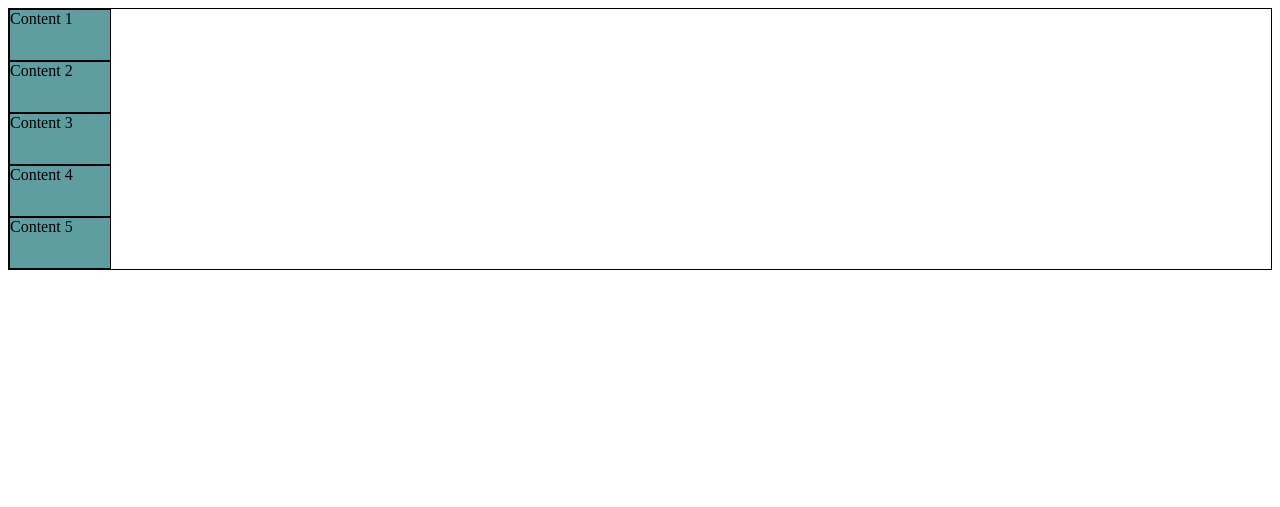
Repository: sammkrt/saltPrecourse
Page: css-trainingGround/cssMarginAndPadding.html
The author's editor kept a copy of each file at every save. The page is drawn from the files as they stood at one save, then again after the next save.
The browser window is 1280 px wide. The pictures show the whole page.

Above is the page before, as saved 2022-12-22 10:34:22.

### css-trainingGround/cssMarginAndPadding.html
<!DOCTYPE html>
<html lang="en">
<head>
    <title>Positioning plaground</title>
    <style>
        main {
            border: 1px solid black;
        }

        div {
            background-color: cadetblue;
            width: 100px;
            height: 50px;
            border: 1px solid black;
        }

    </style>
</head>
<body>
<main>
    <div>Content 1</div>
    <div>Content 2</div>
    <div>Content 3</div>
    <div>Content 4</div>
    <div>Content 5</div>
</main>
</body>
</html>

After the next save:
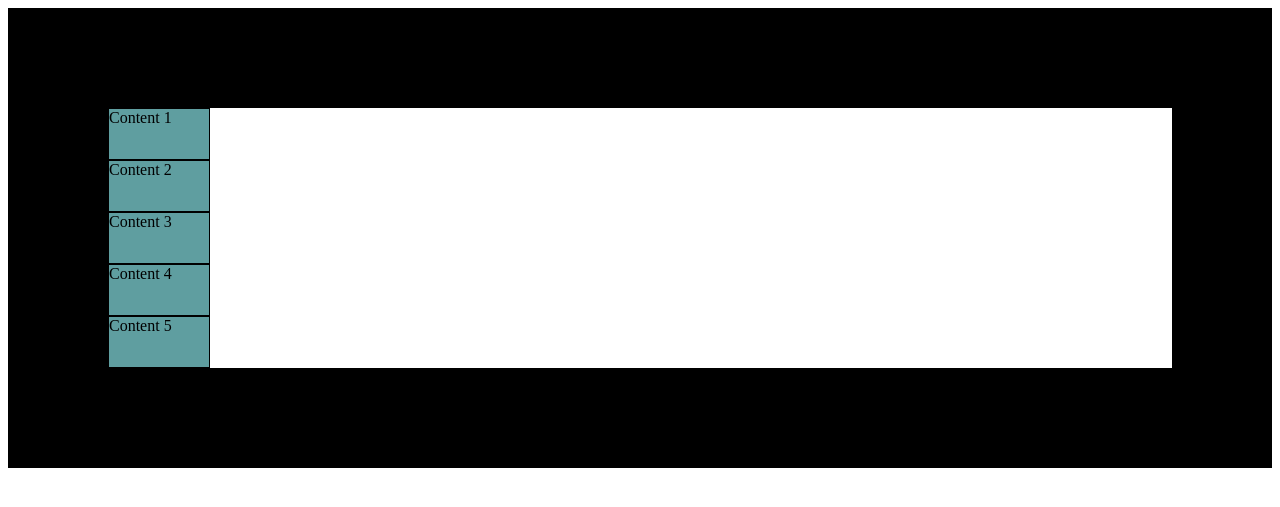
Saved 7 s later.
--- a/css-trainingGround/cssMarginAndPadding.html
+++ b/css-trainingGround/cssMarginAndPadding.html
@@ -4,7 +4,7 @@
     <title>Positioning plaground</title>
     <style>
         main {
-            border: 1px solid black;
+            border: 100px solid black;
         }
 
         div {

After the save that followed:
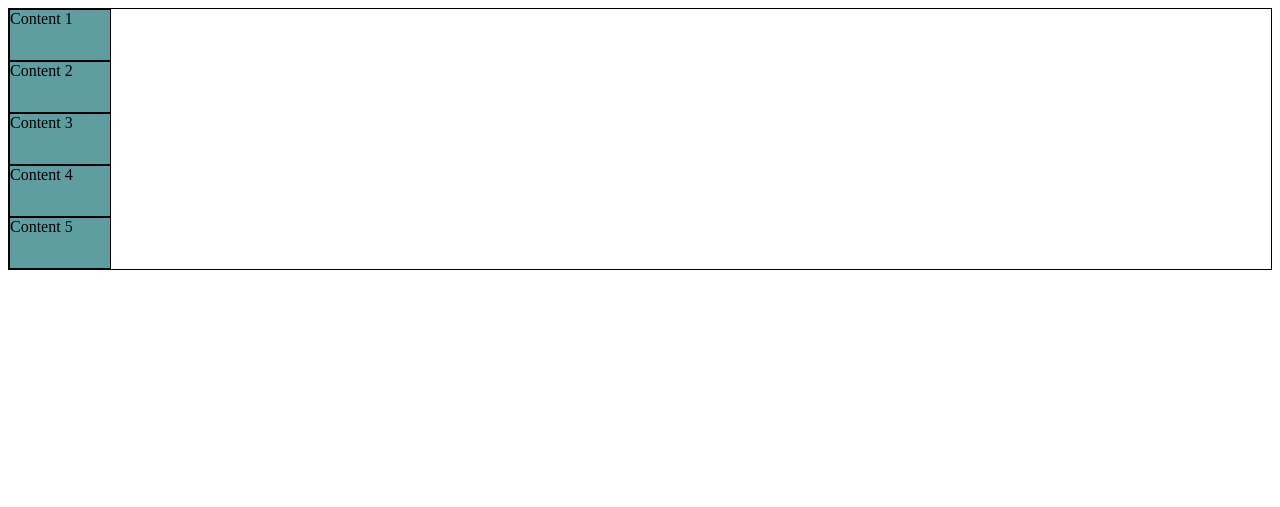
Saved 12 s later.
--- a/css-trainingGround/cssMarginAndPadding.html
+++ b/css-trainingGround/cssMarginAndPadding.html
@@ -4,7 +4,7 @@
     <title>Positioning plaground</title>
     <style>
         main {
-            border: 100px solid black;
+            border: 1px solid black;
         }
 
         div {
